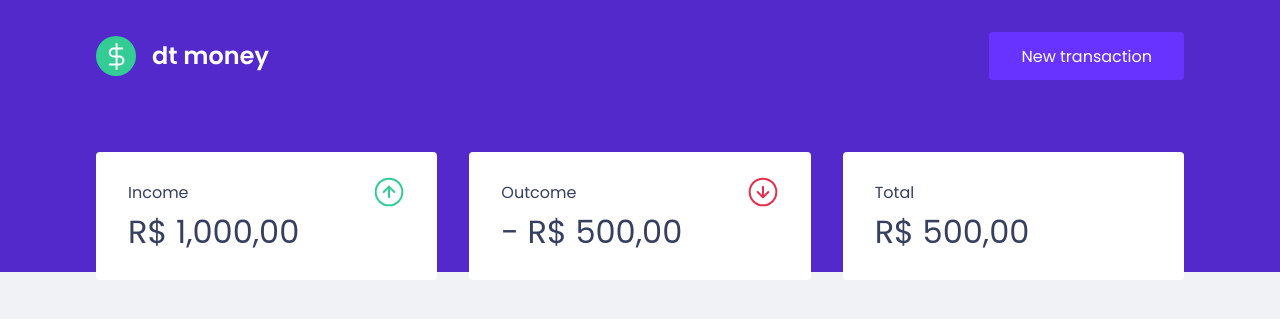
Repository: JoseGu1llardi/dtmoney
Page: /
An editor plug-in stored every save of this project. The page is shown before and after the next save, followed by the edit.
The browser window is 1280 px wide. The pictures show the whole page.
The project was rebuilt for these pictures with package versions that can differ from the ones it lists, and the page was loaded fresh each time.

Above is the page before, as saved 2022-12-30 15:10:57.

After the next save:
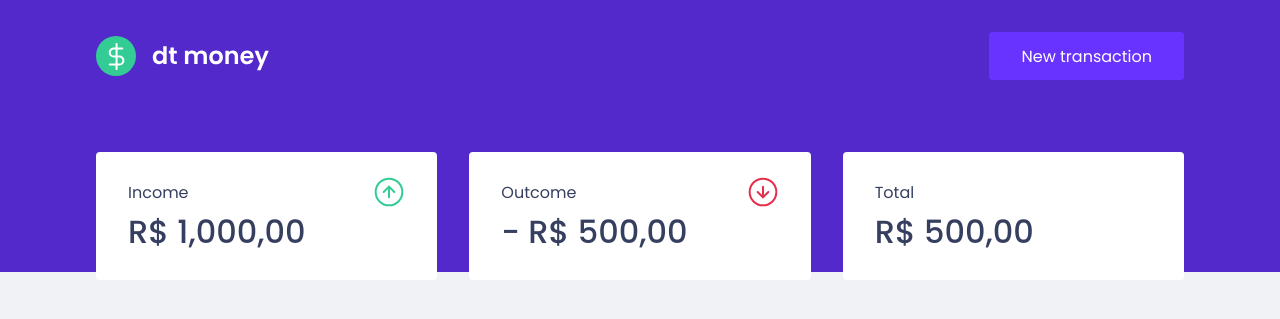
Saved 35 s later.
--- a/public/index.html
+++ b/public/index.html
@@ -8,7 +8,7 @@
     <meta name="viewport" content="width=device-width, initial-scale=1" />
 
     <link
-      href="https://fonts.googleapis.com/css2?family=Poppins:wght@400;600&display=swap"
+      href="https://fonts.googleapis.com/css2?family=Poppins:wght@400;500;600&display=swap"
       rel="stylesheet"
     />
 
